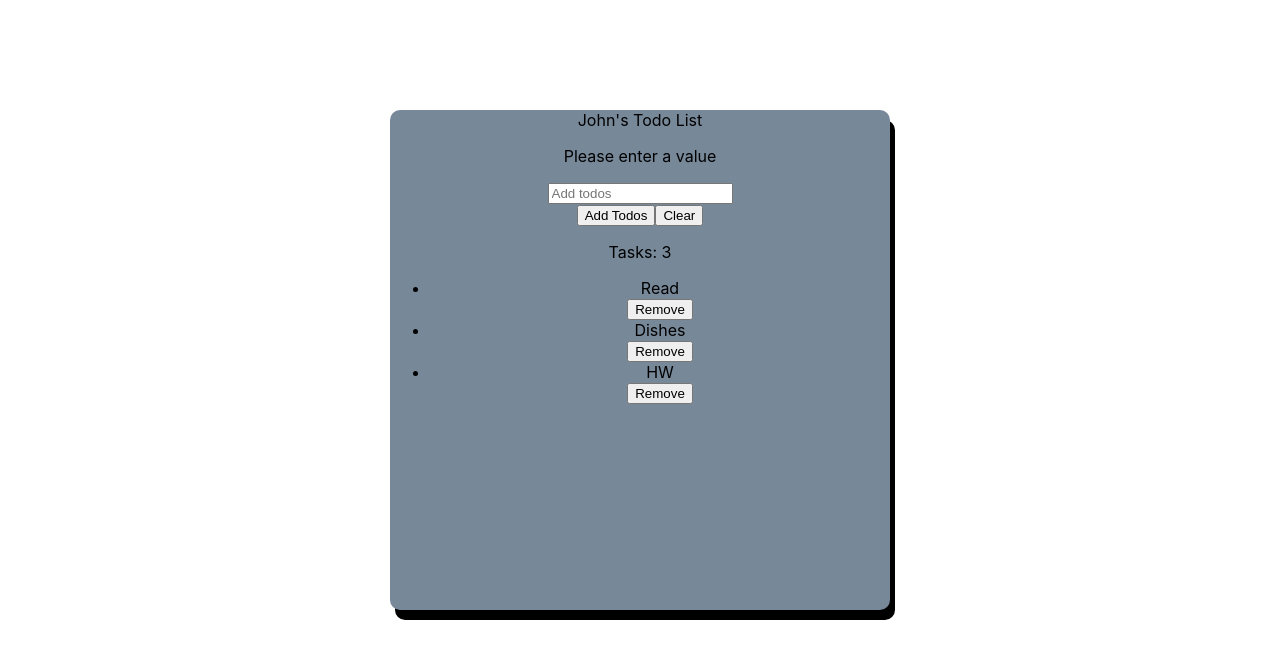
Repository: JohnKang0720/Simple-Todo-List
Page: /
These files come from the project's save history. The page is drawn as it stood at one moment and after the next save; the edit follows.
The browser window is 1280 px wide. The pictures show the whole page.
The project was rebuilt for these pictures with package versions that can differ from the ones it lists, and the page was loaded fresh each time.

Above is the page before, as saved 2021-05-28 21:15:48.

After the next save:
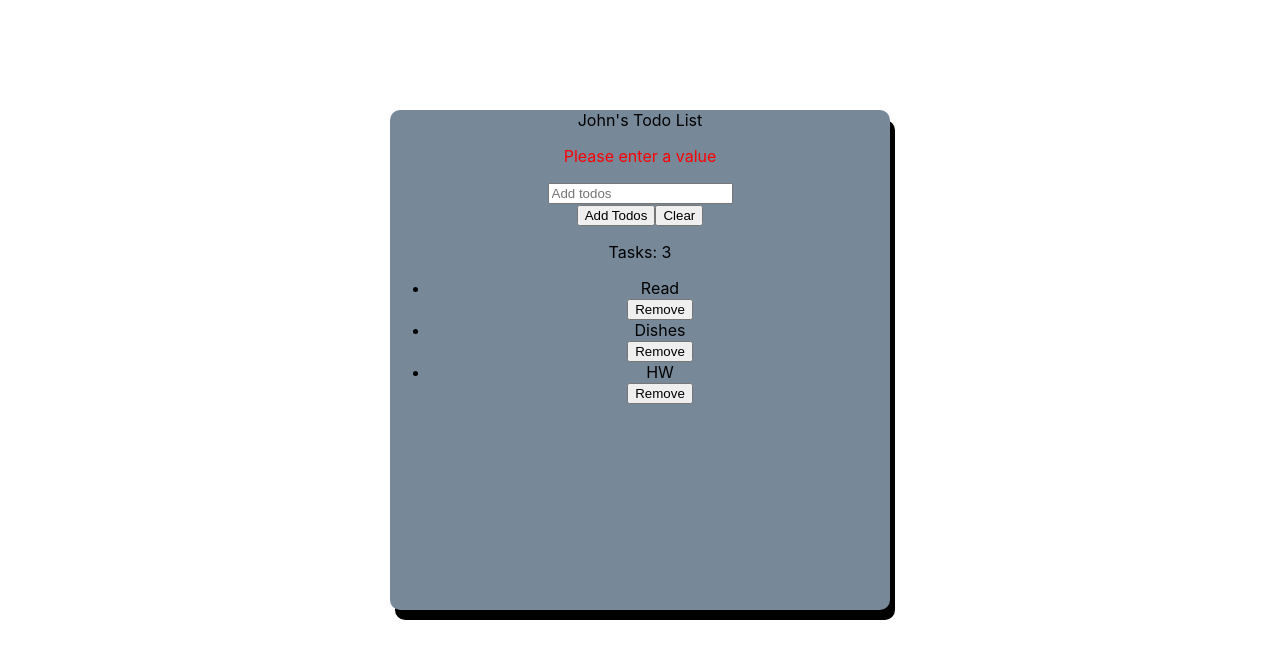
Saved 30 s later.
--- a/src/Todoform.js
+++ b/src/Todoform.js
@@ -26,7 +26,7 @@ function Todoform() {
 
     return (
         <div>
-            <p> {alert} </p>
+            <p style = {{color: "red"}}> {alert} </p>
        <form onSubmit = {handleSubmit}>
            <input type = "text" placeholder = "Add todos" onChange = {handleChange} value = {title}/>
            <div>
